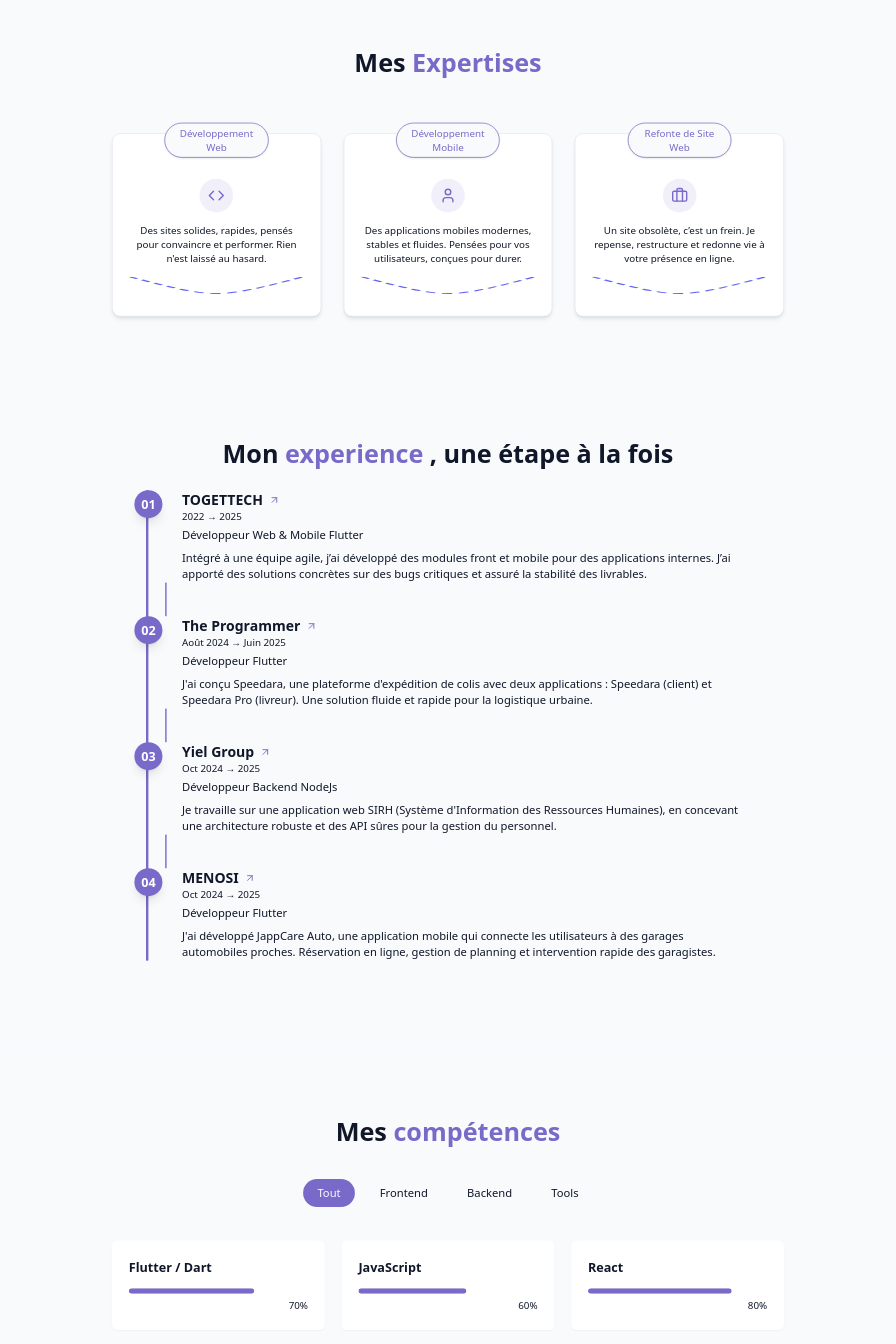
Repository: KOMI18/komi-folio
Page: /
These files come from the project's save history. The page is drawn as it stood at one moment and after the next save; the edit follows.
The browser window is 1280 px wide. The pictures show the part of the page from y = 1625 to 3545 px (the page is 5793 px tall), at 70% of full size.
The project was rebuilt for these pictures with package versions that can differ from the ones it lists, and the page was loaded fresh each time. Also part of the build but not shown: vite.config.js, src/pages/NotFound.jsx.

Above is the page before, as saved 2025-06-27 21:09:54.

After the next save:
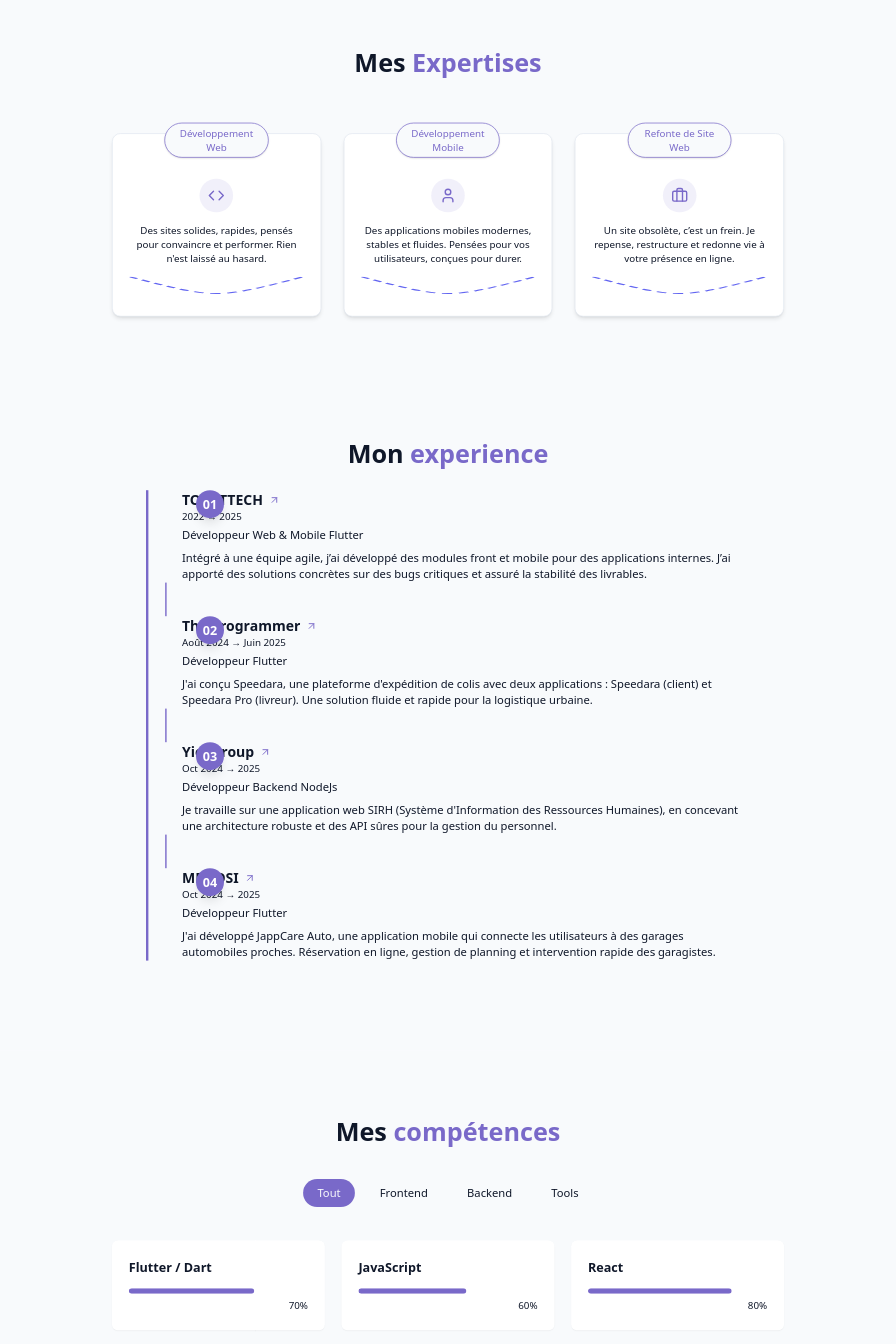
Saved 4 s later.
--- a/src/components/ExperianceSection.jsx
+++ b/src/components/ExperianceSection.jsx
@@ -44,12 +44,12 @@ export const ExperienceSection = () => {
         <div className="container max-w-4xl mx-auto px-4">
         <h2 className="text-3xl md:text-4xl font-bold mb-4 py-4 text-center">
           {" "}
-          Mon <span className="text-primary">experience</span> , une étape à la fois
+          Mon <span className="text-primary">experience</span>
         </h2>
           <div className="relative border-l-4 border-primary pl-6">
             {experiences.map((exp, index) => (
               <div key={exp.id} className="mb-12 relative">
-                <div className="absolute -left-11 top-0 w-10 h-10 rounded-full bg-primary flex items-center justify-center text-white font-bold text-lg shadow-lg">
+                <div className=" experience-item absolute left-11 top-0 w-10 h-10 rounded-full bg-primary flex items-center justify-center text-white font-bold text-lg shadow-lg">
                   {exp.id}
                 </div>
                 <div className="ml-6 text-left">
